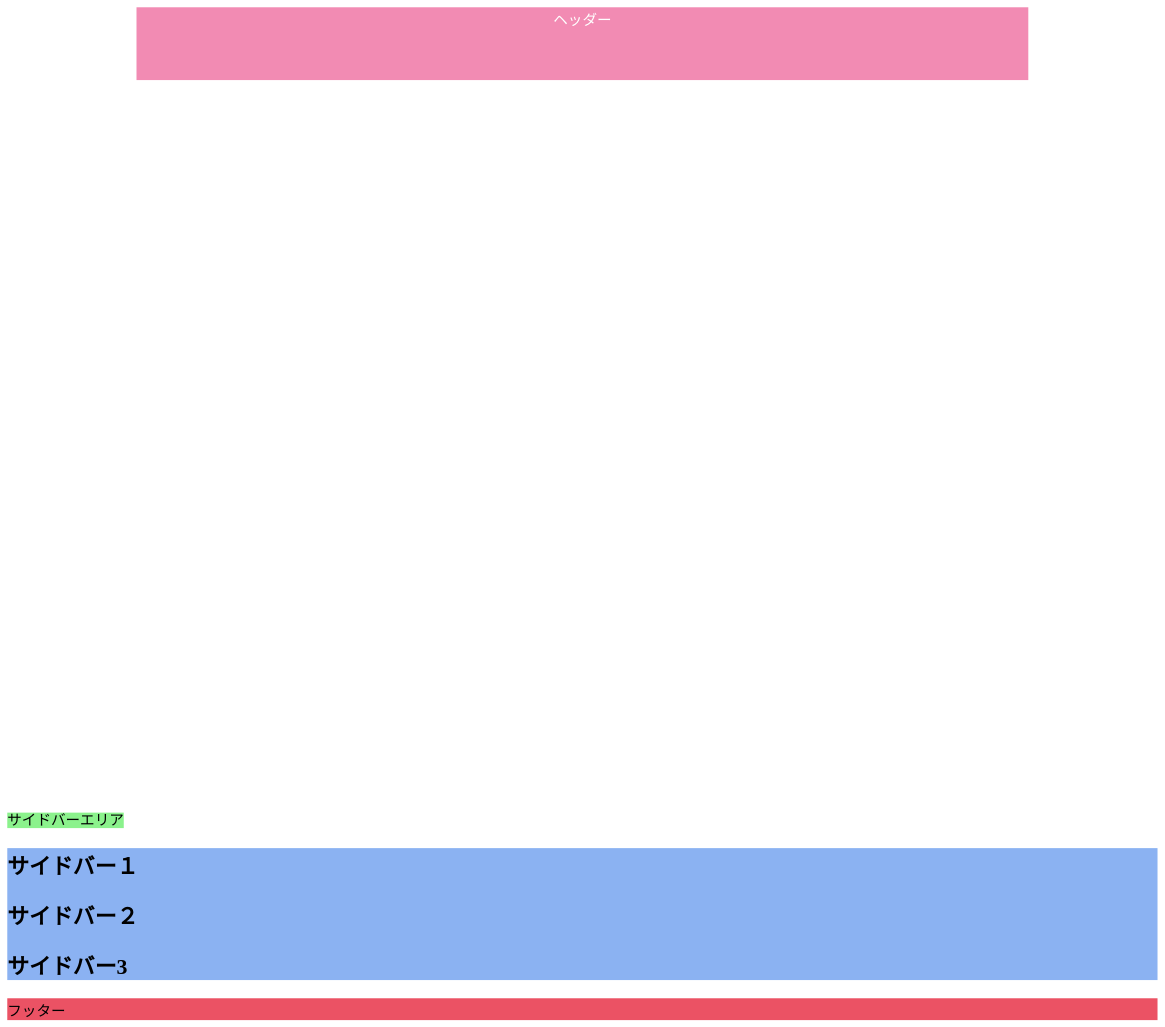
Repository: fukkatsuno-neda/samurai_HTML-CSS
Page: csspractice/practice.html
The author's editor kept a record of every edit. The page is drawn from the files as they stood at one moment, then again after the next edit.
The browser window is 1280 px wide. The pictures show the whole page, at 91% of full size.

Above is the page before.

### csspractice/practice.html
<!doctype html>
<html lang="ja">
<head>
   <meta charset="utf-8"/>
   <title>左軸ナビゲーション型</title>
   <link rel="stylesheet" href="practice.css">
</head>

<body>
  <header class="header">
    ヘッダー
  </header>
  <main class="main-wrap">
    <article class="article">
      メイン
    </article>
  </main>
  <side class="sidebar">
    サイドバーエリア
    <div class="side-wrap">
       <div>
         <h2>サイドバー１</h2>
       </div>
       <div>
         <h2>サイドバー２</h2>
       </div>
       <div>
         <h2>サイドバー3</h2>
       </div>
    </div>
  </side>
  <footer class="footer">
    フッター
  </footer>
</div>
</body>

### csspractice/practice.css
@charset "utf-8";

body{

}

.header{
  background-color: #F28BB3;
  height: 80px;
  text-align: center;
  color: #FFF;
  width:980px;
  margin-left: auto;
  margin-right: auto;
}

.main-wrap{
  height: 800px;
  text-align: center;
  color: #FFF;
  width: 980px;
  margin-left: auto;
  margin-right: auto;
  overflow: hidden;
}

.main{
  background-color: #FCE9F1;
  height: 800px;
  width: 680px;
}

.sidebar{
  background-color: #8BF28C;
  height: 800px;
  width: 300px;
}

.side-wrap{
  background-color: #8BB2F2;
  bottom: 15px;
}


.footer{
  background-color: #EB5264;

}

After the next edit:
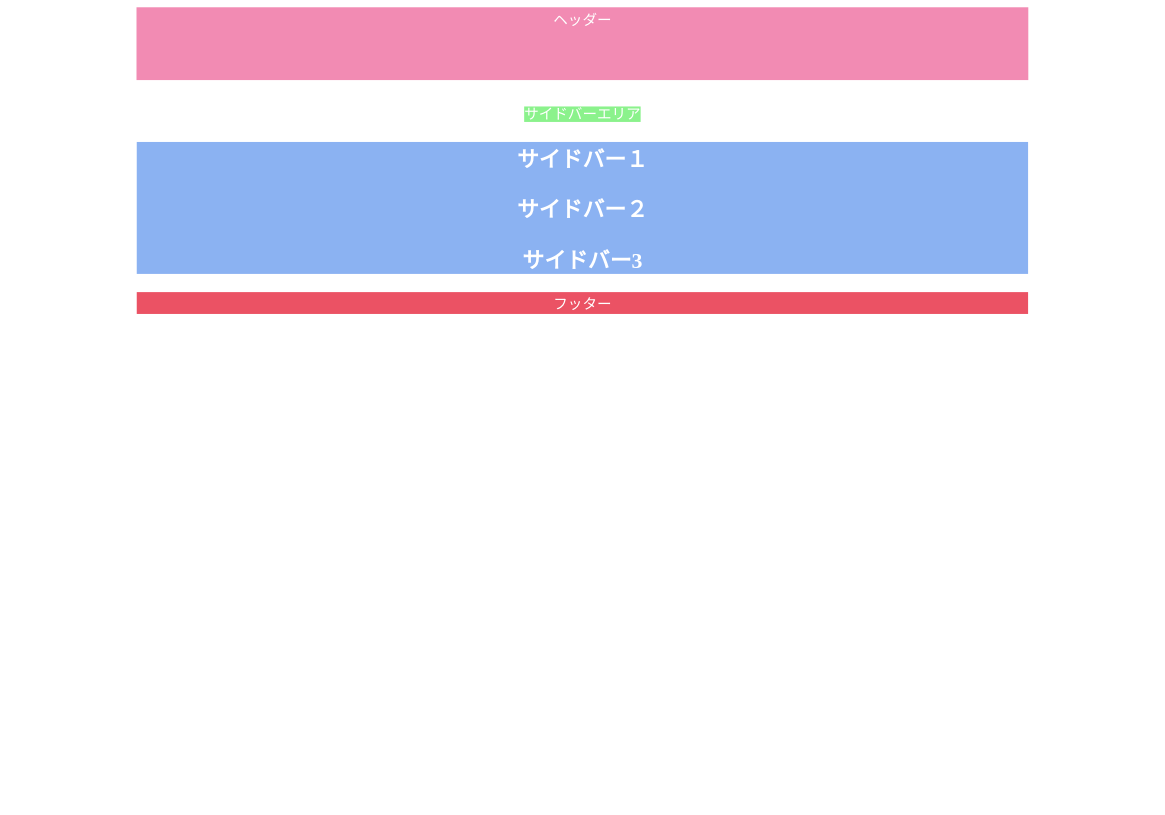
The edit:
--- a/csspractice/practice.html
+++ b/csspractice/practice.html
@@ -14,7 +14,7 @@
     <article class="article">
       メイン
     </article>
-  </main>
+
   <side class="sidebar">
     サイドバーエリア
     <div class="side-wrap">
